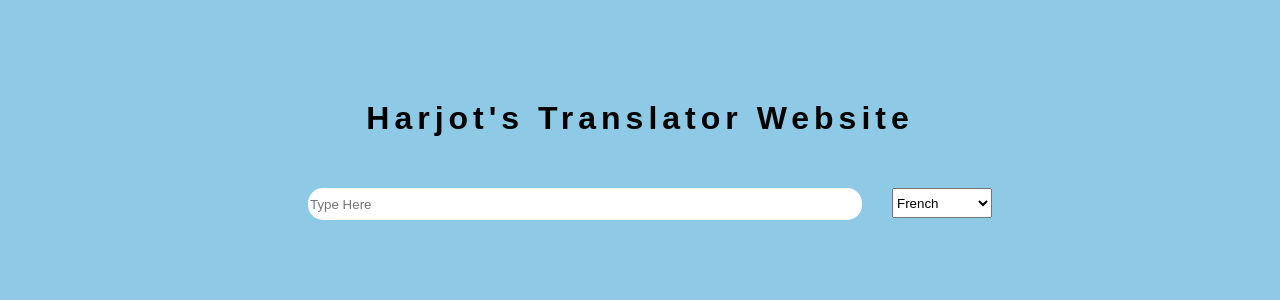
Repository: Harjot00/Pythonpractice
Page: Translator/homepage.html
An editor plug-in stored every save of this project. The page is shown before and after the next save, followed by the edit.
The browser window is 1280 px wide. The pictures show the whole page.
Some web fonts or font styles are not loaded; a fallback is used.

Above is the page before, as saved 2022-03-06 18:37:52.

After the next save:
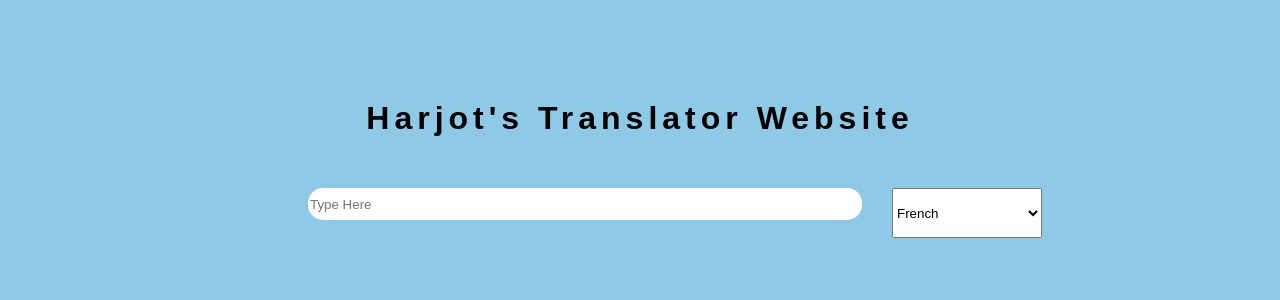
Saved 35 s later.
--- a/Translator/styles.css
+++ b/Translator/styles.css
@@ -19,6 +19,6 @@ h1{
     margin: 30px 0px 0px 30px;
 }
 select{
-    height: 30px;
-    width: 100px;
+    height: 50px;
+    width: 150px;
 }
